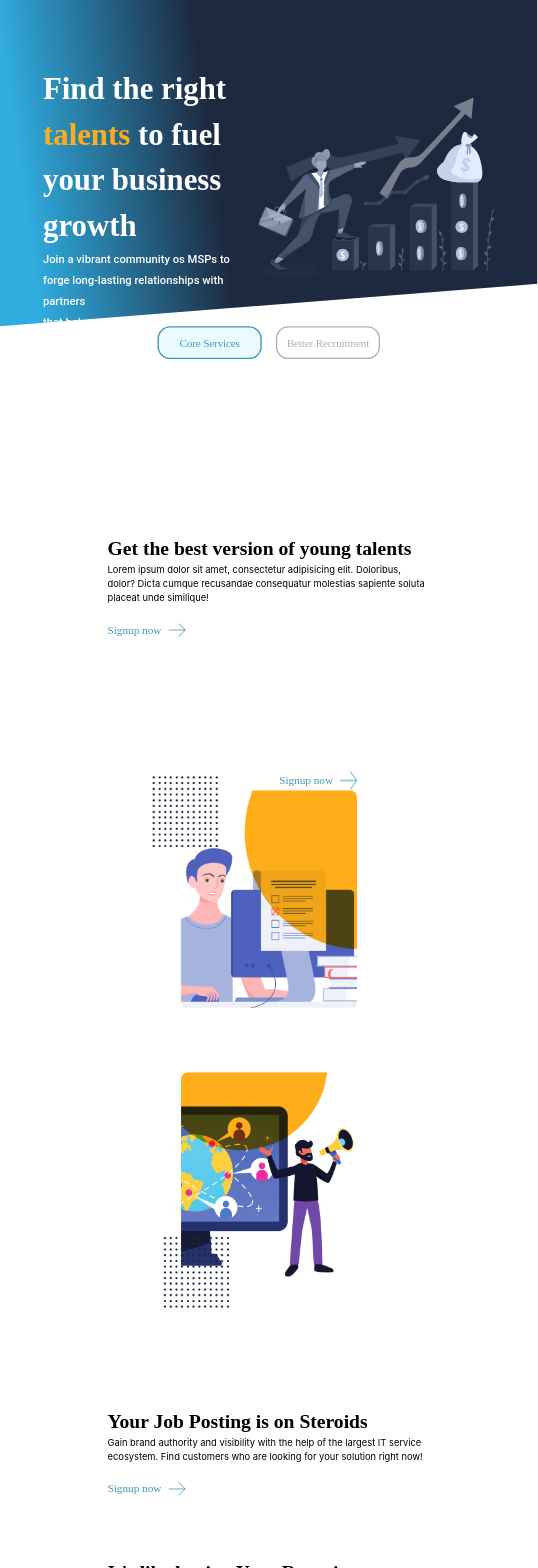
Repository: uh-sman/Vacanxe
Page: /
The author's editor kept a copy of each file at every save. The page is drawn from the files as they stood at one save, then again after the next save.
The browser window is 768 px wide. The pictures show the part of the page from y = 0 to 2240 px (the page is 5213 px tall), at 70% of full size.
The project was rebuilt for these pictures with package versions that can differ from the ones it lists, and the page was loaded fresh each time. Also part of the build but not shown: src/components/data.js, src/components/navbar.css, src/components/SideNav.jsx, src/components/Navbar.jsx.

Above is the page before, as saved 2022-12-04 12:11:02.

### src/App.js
import logo from "./logo.svg";
import "./App.css";
import Head from "./components/Head";

function App() {
  return (
    <div className="App">
      <Head />
    </div>
  );
}

export default App;

### src/App.css
* {
  margin: 0;
  padding: 0;
  box-sizing: border-box;
  list-style: none;
  text-decoration: none;
  /* overflow: hidden; */
}
/* @keyframes App-logo-spin {
  from {
    transform: rotate(0deg);
  }
  to {
    transform: rotate(360deg);
  }
} */

### src/components/Head.js
import React from "react";
import { Body } from "./Body";
import { Footer } from "./Footer";
import { Hero } from "./Hero";
import { Navbar } from "./Navbar";
import { Team } from "./Team";

const Head = () => {
  return (
    <div>
      {/* <Navbar /> */}
      <Hero />
      <Body />
      <Team />
      <Footer />
    </div>
  );
};

export default Head;

### src/components/Body.jsx
import React from "react";
import "./version.css";
import { Services } from "./Services";
import { Versions } from "./Versions";
export const Body = () => {
  return (
    <div>
      <Services />
      <div className="flex">
        <Versions />
      </div>
    </div>
  );
};

### src/components/Footer.jsx
import React from "react";
import logo from "../assets/logo 1.png";
import "./footer.css";
export const Footer = () => {
  return (
    <div>
      <div className="footer-section">
        <div className="image-logo">
          <img src={logo} />
        </div>
        <div className="footer-texts">
          <div className="div">
            <p className="text">
              Your ultimate email solution to grow business and engaging with
              future customers and clients.
            </p>
            <button className="button">Ask Question</button>
          </div>
          <div className="div">
            <ul>
              <h4>Community</h4>
              <li>For Talents</li>
              <li>For Companies</li>
              <li>Facebook Group</li>
              <li>FAQ</li>
            </ul>
          </div>
          <div className="div">
            <ul>
              <h4>About us</h4>
              <li>Meet the Team</li>
              <li>Our Story</li>
              <li>Career</li>
            </ul>
          </div>
          <div className="div">
            <ul>
              <h4>Contacts</h4>
              <p>
                Feel free to get in touch with us via phone or send us a message
              </p>
            </ul>
          </div>
        </div>
        <div className="div">
          <ul>
            <li className="copyright">
              &copy;Vacanxe 2022, All Rights Reserved
            </li>
            <li></li>
          </ul>
        </div>
      </div>
    </div>
  );
};

### src/components/Hero.jsx
import React from "react";
import "./hero.css";
import partner from "../assets/Partner.svg";
export const Hero = () => {
  return (
    <div className="hero">
      <div>
        <div className="container">
          <div className="hero-container">
            <div className="hero-content">
              <h1 className="header">
                Find the right <span>talents</span> to fuel your business growth
              </h1>
              <small className="text">
                Join a vibrant community os MSPs to forge long-lasting
                relationships with partners
                <br /> that help you create excellent customers experiences
              </small>
            </div>
            <div>
              <img src={partner} className="partner-img" />
            </div>
          </div>
        </div>
      </div>
    </div>
  );
};

### src/components/Team.jsx
import React from "react";
import { ContactInfo } from "./ContactInfo";
import { Form } from "./Form";
import "./team.css";
export const Team = () => {
  return (
    <div>
      <div className="team-container">
        <div className="team">
          <div className="build">
            <div className="team-header">
              <h1>
                <span className="custom"> Build</span> Your Dream Team !
              </h1>
              <small className="small">
                Start your team development with a free consultation. Fill out
                the form and Vacanxe representative will contact you.
              </small>
            </div>
            <div className="flexed">
              {" "}
              <div>
                <Form />
              </div>
              <div>
                <ContactInfo />
              </div>
            </div>
          </div>
        </div>
      </div>
    </div>
  );
};
// ;

### src/components/version.css
.version-link {
  font-family: Poppins;
  font-size: 16px;
  font-weight: 500;
  line-height: 28px;
  letter-spacing: 0em;
  color: #4196b8;
  text-align: center;
}
.versions-container {
  margin-top: 80px;
}
.versions-section1 {
  /* display: grid; */
  /* place-items: center; */
  display: flex;
  gap: 162.58px;
  justify-content: center;
  align-items: center;
  margin-bottom: 80px;
  /* padding: 86px 50px; */

  /* grid-template-columns: 1fr 1fr; */
}
.versions-section2 {
  /* display: grid; */
  /* place-items: center; */
  display: flex;
  gap: 162.58px;
  justify-content: center;
  align-items: center;
  margin: auto;
  /* padding: 86px 50px; */

  /* grid-template-columns: 1fr 1fr; */
}
.versions-section1 {
  /* display: grid; */
  /* place-items: center; */
  display: flex;
  gap: 162.58px;
  justify-content: center;
  align-items: center;
  margin: auto;
  padding-top: 86px;
  padding-left: 110px;

  /* grid-template-columns: 1fr 1fr; */
}
.text-section {
  width: 20%;
}
.h2 {
  font-family: Poppins;
  font-size: 28px;
  font-weight: 700;
  line-height: 37px;
  letter-spacing: 0em;
  /* text-align: left; */
  /* width: 379px;
  height: 74px; */

  /* font-family: "Poppins";
  font-style: normal;
  font-weight: 700;
  font-size: 28px;
  line-height: 37px; */
}
.man {
  height: 313.4984436035156px;
  width: 251.41943359375px;
  /* left: 872.580078125px;
top: 830.1708984375px;
border-radius: [object Object]px; */
}
.flex {
  display: flex;
  gap: 36px;
}
/* .versions-container {
  display: flex;
  flex-direction: column;
  justify-content: center;
  align-items: center;
  margin: auto;
} */
.dotted {
  position: absolute;
  margin-top: -20px;
  margin-left: -40px;
}
.dotted-2 {
  position: absolute;
  margin-top: 235px;
  margin-left: -24px;
}
.arrow {
  margin-top: 24px;
  display: flex;
  align-items: center;
  gap: 10px;
}
.arrow1 {
  margin-top: 24px;
  display: flex;

  /* align-items: flex-end; */
  justify-content: flex-end;
  gap: 10px;
}
@media only screen and (max-width: 950px) {
  .versions-section1 {
    flex-direction: column;
    padding-left: 0px;
  }
  .text-section {
    width: 60%;
  }
}

### src/components/Services.jsx
import React from "react";
import "./services.css";
export const Services = () => {
  return (
    <div>
      <div>
        <ul className="services-button-section">
          <a className="btn-core">Core Services</a>
          <a className="btn-better">Better Recruitment</a>
        </ul>
      </div>
    </div>
  );
};

### src/components/Versions.jsx
import React from "react";
import "./version.css";
import man from "../assets/computer.png";
import img from "../assets/Group 1.png";
import img2 from "../assets/Group_4.png";
import arrow from "../assets/Group.png";
import dotted from "../assets/Dot Pattern 1.png";
export const Versions = () => {
  return (
    <div>
      <div className="versions-container">
        <div className="versions-section1">
          <div className="text-section">
            <h2 className="h2">Get the best version of young talents</h2>
            <small>
              Lorem ipsum dolor sit amet, consectetur adipisicing elit.
              Doloribus, dolor? Dicta cumque recusandae consequatur molestias
              sapiente soluta placeat unde similique!
            </small>
            <div className="arrow">
              <a className="version-link">Signup now </a>
              <img src={arrow} />
            </div>
          </div>
          <div>
            <div className="arrow1">
              <a className="version-link">Signup now </a>
              <img src={arrow} />
            </div>
            <img src={dotted} className="dotted" />
            <img src={man} className="man" />
          </div>
        </div>
        <div className="versions-section1">
          <div>
            <img src={dotted} className="dotted-2" />
            <img src={img} className="man" />
          </div>
          <div className="text-section">
            <h2 className="h2">Your Job Posting is on Steroids</h2>
            <small>
              Gain brand authority and visibility with the help of the largest
              IT service ecosystem. Find customers who are looking for your
              solution right now!
            </small>
            <div className="arrow">
              <a className="version-link">Signup now </a>
              <img src={arrow} />
            </div>
          </div>
        </div>
        <div className="versions-section1">
          <div className="text-section">
            <h2 className="h2">
              It's like having Your Recruitment on autopilot
            </h2>
            <small>
              Share collaterals abd documents that are automatically branded.
              Leverage a rich partner network that sells your solution exactly
              the your best salesman would.
            </small>
            <div className="arrow">
              <a className="version-link">Signup now </a>
              <img src={arrow} />
            </div>
          </div>
          <div>
            <img src={dotted} className="dotted" />
            <img src={img2} className="man" />
          </div>
        </div>
      </div>
    </div>
  );
};

### src/components/footer.css
.footer-section {
  background: #1d293f;
  /* height: 533px; */
  /* width: 1600px; */
  /* left: 127px; */
  /* top: 0px;
  border-radius: 0px; */
}

.image-logo {
  position: absolute;
  /* top: 0; */
  margin-top: -120px;
  /* left: -2px; */
  /* display: flex;
  align-items: center;
  justify-content: center; */
  background-color: white;
  padding-top: 140px;
  padding-left: 30px;
  /* width: 25%; */
  /* height: 40%; */
  /* padding: 10px; */
  height: 255px;
  width: 255px;
  left: -30px;
  /* top: -105px; */
  border-radius: 0px;

  border-radius: 50%;
}
.button {
  border: none;
  margin-top: 28px;
  color: white;
  background: #00b6ff;
  padding: 10px 30px;
  border-radius: 10px;
}
.ultimate-email {
  color: white;
  position: absolute;
  margin-top: 180px;
  padding-left: 245px;
  /* height: 84px;
  left: 21.54%;
  right: 63.06%;
  top: calc(50% - 84px / 2 - 108.5px); */
}
.footer-texts {
  color: #ffff;
  display: grid;
  padding-top: 80px;
  padding-left: 50px;
  /* margin-left: 120px; */
  margin: 0px 80px;
  place-items: center;
  /* margin-right: 40px; */
  margin-top: 180px;
  grid-template-columns: 1fr 1fr 1fr 1fr;
  padding-bottom: 124px;
  border-bottom: 1px solid #8c97ac;
}
.footer-texts h4 {
  color: #8c97ac;
  margin-bottom: 16px;
}
/* .ultimate-email p {
  width: 40%;
} */
.text {
  margin-top: 100px;
  color: #8c97ac;
}
.copyright {
  color: #8c97ac;
  padding: 10px 90px;
}
@media only screen and (min-width: 650px) and (max-width: 1200px) {
  .footer-texts {
    padding-top: 150px;
    grid-template-columns: 1fr 1fr;
    text-align: center;
  }
  .text {
    margin-top: 0px;
  }
  .div {
    margin-bottom: 40px;
  }
}
@media only screen and (max-width: 650px) {
  .footer-texts {
    padding-left: 0px;
    padding-top: 180px;
    grid-template-columns: 1fr;
    text-align: center;
  }
  .text {
    margin-top: 0px;
  }
  .div {
    margin-bottom: 40px;
  }
}

### src/components/hero.css
.hero-container {
  /* position: relative; */
  display: flex;
  justify-content: center;
  /* align-items: center; */
  /* gap: 10px; */
  background: linear-gradient(
    261.8deg,
    #1d293f 59.05%,
    rgba(0, 153, 214, 0.81) 92.75%
  );
  clip-path: polygon(0 0, 100% 0, 100% 87%, 0% 100%);
  height: 466px;

  /* height: 400px; */
  /* width: 1511.9998779296875px; */
  /* left: 0px;
  top: 133px; */
  border-radius: 0px;
}
/* .hero {
  position: relative;
} */
.header {
  color: white;
  font-family: Poppins;
  font-size: 44px;
  font-weight: 700;
  /* width: 40%; */
  /* position: absolute; */
  /* margin-left: 30%; */
  line-height: 65px;
  letter-spacing: 0em;
  /* text-align: center; */
}
.header span {
  color: #ffae1b;
  /* height: 130px; */
  /* width: 620px; */
  /* left: 84.5px;
  top: 0px;
  border-radius: nullpx; */
}
.hero-content {
  color: white;
  padding-top: 95px;
  width: 40%;
}
.text {
  color: white;
  /* padding-top: -40px; */
  /* position: absolute; */
  /* width: 36%; */
  padding-top: 30px;
  /* margin-left: 30%; */
  font-family: Roboto;
  font-size: 16px;
  font-weight: 500;
  line-height: 30px;
  /* text-align: center; */
  letter-spacing: 0em;
}
/* .container {
  display: flex;
} */
.partner-img {
  margin-top: 40%;
  /* height: 259.00042724609375px;
  width: 337.5585021972656px;
  left: 1069px;
  top: 238.9998779296875px;
  border-radius: 0px; */
  /* position: absolute; */
  /* left: 70.7%; */
  /* right: 6.97%; */
  /* top: 6.33%; */
  /* bottom: 86.8%; */

  mix-blend-mode: luminosity;
}
@media only screen and (max-width: 950px) {
  .hero-container {
    height: screen;
    /* flex-direction: column; */
    flex-wrap: wrap;
  }
  /* .hero-content {
    width: 100vw;
  } */
}

### src/components/ContactInfo.jsx
import React from "react";
import "./contact.css";
import location from "../assets/Location.png";
import message from "../assets/Message.png";
import twitter from "../assets/twitter.png";
import facebook from "../assets/facebook.png";
import instagram from "../assets/instagram.png";
import linkedin from "../assets/linkedin.png";
import stroke from "../assets/Stroke 5.png";
export const ContactInfo = () => {
  return (
    <div>
      <div className="contact-container">
        <h1 className="header-text">Contact info:</h1>
        <div className="contact-section">
          <div>
            <p className="contact">
              <img src={location} /> 4157 Washington Ave. Manchester, Kentucky
              39495
            </p>
          </div>
          <div>
            <ul className="contact-list">
              <div>
                <img src={stroke} />
              </div>
              <div>
                <li>(505) 555-0119</li>
                <li>(505) 555-0120</li>
                <li>(505) 555-0125</li>
              </div>
            </ul>
          </div>
          <div>
            <p className="contact">
              <img src={message} /> Consult@Vacanxe.com
            </p>
          </div>
          <div>
            <h2>Follow us:</h2>
            <div className="socials">
              <img src={facebook} />
              <img src={twitter} />
              <img src={linkedin} />
              <img src={instagram} />
            </div>
          </div>
        </div>
      </div>
    </div>
  );
};

### src/components/Form.jsx
import React from "react";
import { ContactInfo } from "./ContactInfo";
import "./form.css";
export const Form = () => {
  return (
    <div>
      <div className="team-section">
        <div>
          <form className="form-container">
            <div className="form">
              <label>Your name</label>
              <input className="input-field" placeholder="Enter your name" />
            </div>
            <div className="form">
              <label>Your email</label>
              <input className="input-field" placeholder="Enter your email" />
            </div>
            <div className="form">
              <label>Your Phone Number</label>
              <input
                className="input-field"
                placeholder="Enter your phone number"
              />
            </div>
            <div className="form">
              <label>Your Company Name</label>
              <input
                className="input-field"
                placeholder="Enter your Company Name"
              />
            </div>
            <div className="form">
              <label>Message</label>
              <input className="message" placeholder="Type here..." />
            </div>
            <button className="form-button">Consult with us</button>
          </form>
        </div>
      </div>
    </div>
  );
};

### src/components/team.css
.team-container {
  background: #f4fbff;
  /* height: 1101px; */
  /* width: 1539px; */
  /* left: -14px;
top: 2142px; */
  border-radius: 0px;
}
.custom {
  border-bottom: 4px solid #4eb9e3;
}
.build {
  color: #4b4c4e;
}
.flexed {
  margin: 73px 0px;
  display: flex;
  gap: 98px;
}
.team {
  display: flex;
  justify-content: center;
  padding: 64px 0px;
}
/* .small {
  padding-bottom: 73px;
} */
@media only screen and (max-width: 950px) {
  .flexed {
    flex-direction: column;
  }
  .team-header {
    text-align: center;
  }
}

### src/components/services.css
.services-button-section {
  display: flex;
  gap: 20px;
  justify-content: center;

  margin-bottom: 86px;
}
.btn-core {
  font-family: Poppins;
  font-size: 16px;
  font-weight: 500;
  line-height: 24px;
  letter-spacing: -0.015em;
  text-align: center;
  border: 2px solid #4196b8;
  height: 47px;
  width: 149px;
  display: flex;
  align-items: center;
  justify-content: center;
  border-radius: 18px;
  background-color: #e9fbff;
  color: #4196b8;
}
.btn-better {
  font-family: Poppins;
  font-size: 16px;
  font-weight: 500;
  line-height: 24px;
  letter-spacing: -0.015em;
  text-align: center;
  border: 2px solid #afafaf;
  height: 47px;
  width: 149px;
  display: flex;
  align-items: center;
  justify-content: center;
  border-radius: 18px;
  background-color: #ededed 10%;
  color: #afafaf;
}
@media only screen and (max-width: 450px) {
  .services-button-section {
    gap: 20px;
    flex-direction: column;
    align-items: center;
    margin-bottom: 0px;
  }
}

### src/components/contact.css
.header-text {
  /* height: 28px;
  width: 132px;
  left: 931px;
  top: 2435px;
  border-radius: nullpx; */
}
.contact {
  display: flex;
  align-items: center;
  gap: 20px;
}
.contact-section {
  display: flex;
  flex-direction: column;
  gap: 40px;
  margin: 30px 0px;
}
.contact-list {
  display: flex;
  gap: 20px;
}
.socials {
  margin-top: 16px;
  display: flex;
  gap: 10px;
}
@media only screen and (max-width: 750px) {
  .contact-container {
    padding: 0px 30px;
  }
}

### src/components/form.css
.form {
  display: flex;
  flex-direction: column;
}
.form label {
  height: 22px;
  width: 78px;
  left: 263px;
  top: 2409px;
  border-radius: nullpx;
}
.input-field {
  padding: 0px 24px;
  height: 55px;
  width: 574px;
  left: 259px;
  top: 2536px;
  border-radius: 10px;
  border: 1px solid #c8d0da;
  outline: transparent;
}
.message {
  padding: 0px 24px;
  height: 203px;
  width: 574px;
  left: 259px;
  /* top: 2839px; */
  border: 1px solid #c8d0da;
  border-radius: 10px;
  outline: transparent;
}
.form-button {
  font-family: Rubik;
  font-size: 14px;
  font-weight: 700;
  line-height: 16px;
  /* letter-spacing: 0em; */
  /* text-align: left; */

  margin-top: 19px;
  border: none;
  color: white;
  background-color: #4eb9e3;
  height: 40px;
  width: 215px;
  left: 257px;
  top: 3061px;
  border-radius: 8px;
  padding: 12px 24px 12px 24px;
}
.form-container {
  display: flex;
  flex-direction: column;
  align-items: center;
  justify-content: center;
}
/* .team-section {
  display: flex;
  justify-content: center;
  align-items: center;
} */

@media only screen and (min-width: 200px) and (max-width: 600px) {
  .input-field {
    width: 250px;
  }
  .message {
    width: 250px;
  }
}

Loaded but not shown: public/index.html (common file); src/index.js (common file); src/index.css (common file); src/reportWebVitals.js (common file)

After the next save:
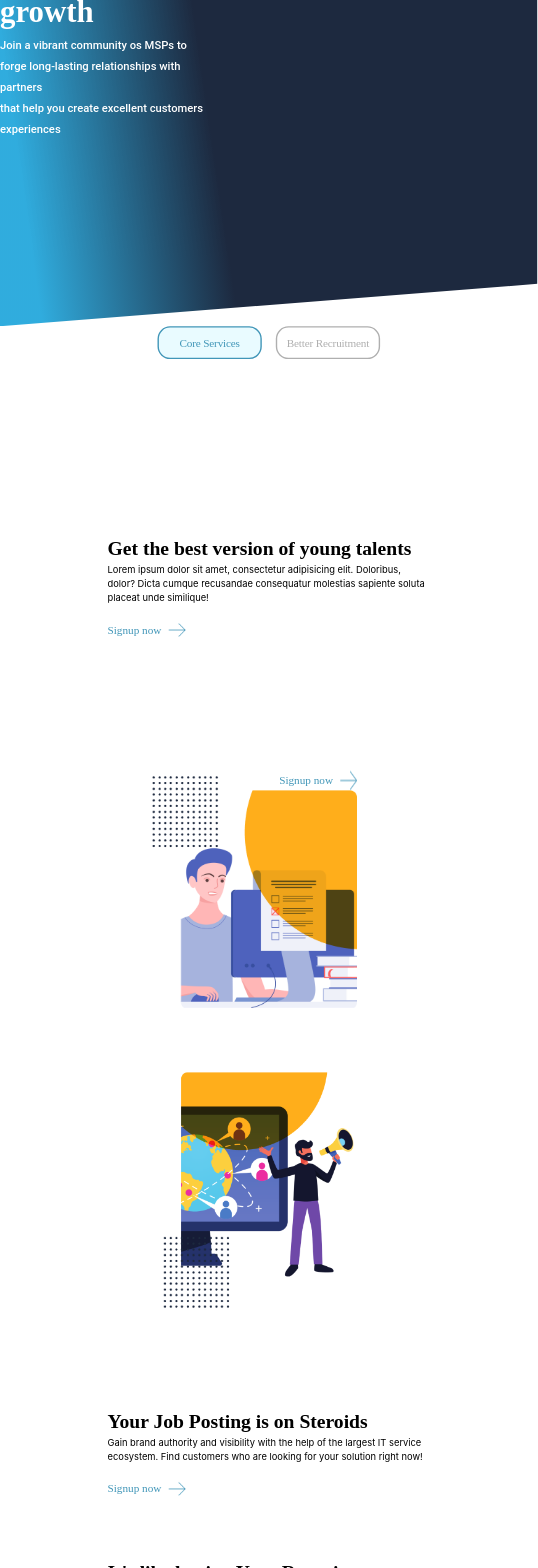
Saved 15 s later.
--- a/src/components/hero.css
+++ b/src/components/hero.css
@@ -81,8 +81,8 @@
 @media only screen and (max-width: 950px) {
   .hero-container {
     height: screen;
-    /* flex-direction: column; */
-    flex-wrap: wrap;
+    flex-direction: column;
+    /* flex-wrap: wrap; */
   }
   /* .hero-content {
     width: 100vw;
